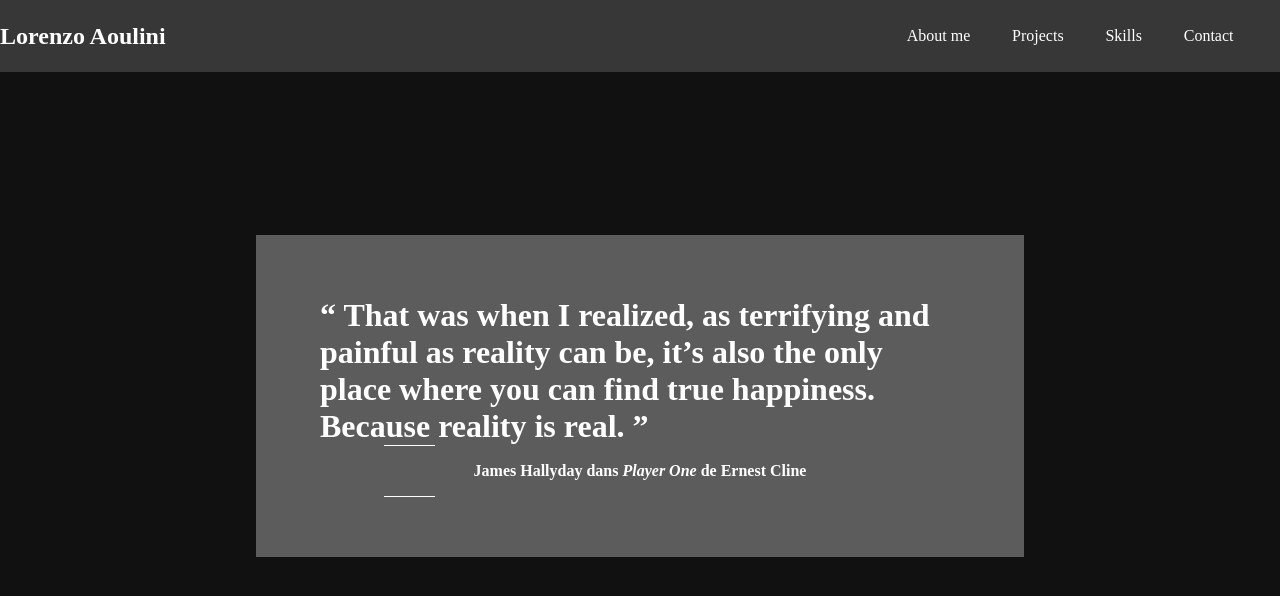
Repository: lolo298/lolo298.github.io
Page: index.html
The author's editor kept a copy of each file at every save. The page is drawn from the files as they stood at one save, then again after the next save.
The browser window is 1280 px wide. The pictures show the whole page.

Above is the page before, as saved 2022-05-10 14:22:34.

### index.html
<!DOCTYPE html>
<html lang="en">

<head>
    <meta charset="UTF-8">
    <meta http-equiv="X-UA-Compatible" content="IE=edge">
    <meta name="viewport" content="width=device-width, initial-scale=1.0">
    <link rel="stylesheet" href="css/style.css">
    <script src="js/functions.js"></script>
    <title>Portfolio</title>
</head>

<body>
    <div class="main-container">
        <nav class="main-navbar">
            <h1>Lorenzo Aoulini</h1>
            <div class="main-navbar-list">
                <a class="main-navbar-item" href="#">
                    <div>Contact</div>
                </a>
                <a class="main-navbar-item" href="#">
                    <div>Skills</div>
                </a>
                <a class="main-navbar-item" href="#">
                    <div>Projects</div>
                </a>
                <a class="main-navbar-item" href="#">
                    <div>About me</div>
                </a>
            </div>

        </nav>
        <div class="landing">
            <div class="quote-container">
                <div class="quote-text">
                    <q>
                    That was when I realized, as terrifying and painful as reality can be, it’s also the only place where you can find true happiness. Because reality is real.
                </q>
                </div>
                <div class="author">
                    <div class="author-separation"></div>
                    <div class="author-content">
                        <p>
                            James Hallyday dans
                            <cite>Player One</cite> de Ernest Cline
                        </p>
                    </div>
                    <div class="author-separation"></div>
                </div>

            </div>
        </div>
    </div>

</body>

</html>

### css/style.css
    html {
        background-color: #111111;
    }

    body {
        padding: 0;
        margin: 0;
        width: 100vw;
        height: 100vh;
    }
    /*-------------------*/
    /* styling of navbar */
    /*-------------------*/

    .main-container {
        color: white;
        height: 100%;
        width: 100%;
    }

    .main-navbar {
        background-color: #373737;
        height: 10%;
        width: 100%;
        display: flex;
        justify-content: space-between;
        align-items: center;
    }

    .main-navbar>* {
        margin: 0;
    }

    .main-navbar>h1 {
        width: 20%;
    }

    .main-navbar-list {
        width: 100%;
        display: flex;
        flex-direction: row-reverse;
        align-items: center;
        list-style: none;
        margin-right: 2%;
        height: 100%;
    }

    .main-navbar-item {
        display: flex;
        align-items: center;
        justify-content: center;
        text-decoration: none;
        color: white;
        width: max-content;
        height: 100%;
        padding: 0% 2% 0% 2%;
    }

    .main-navbar-item:hover {
        background-color: #6A6A6A;
    }

    .main-navbar-item>div {
        width: max-content;
    }
    /*-------------------------*/
    /* styling of landing page */
    /*-------------------------*/

    .landing {
        height: 90%;
        width: 100%;
        display: flex;
        justify-content: center;
        align-items: center;
    }
    /*------------------*/
    /* styling of quote */
    /*------------------*/

    .quote-container {
        width: 50%;
        height: 30%;
        padding: 5%;
        margin: auto;
        display: flex;
        justify-content: center;
        align-items: center;
        flex-direction: column;
        background-color: rgba(196, 196, 196, 0.42);
    }

    .quote-text {
        font-size: 2em;
        font-weight: bold;
    }

    .author-content {
        font-size: 1em;
        font-weight: bold;
        text-align: center;
    }

    .author {
        width: 80%;
    }

    .author-separation {
        width: 10%;
        height: 1%;
        background-color: white;
    }

Loaded but not shown: js/functions.js (no copy from this time; the picture is the same without it)

After the next save:
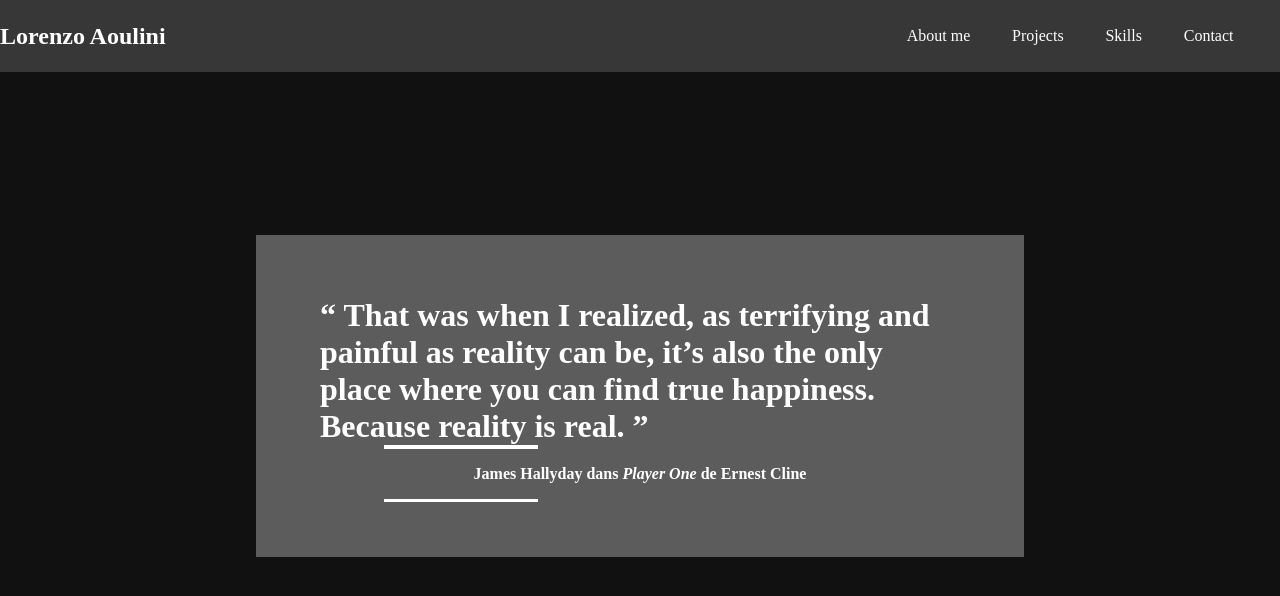
Saved 9 s later.
--- a/css/style.css
+++ b/css/style.css
@@ -106,7 +106,7 @@
     }
 
     .author-separation {
-        width: 10%;
-        height: 1%;
+        width: 30%;
+        height: 7%;
         background-color: white;
     }
